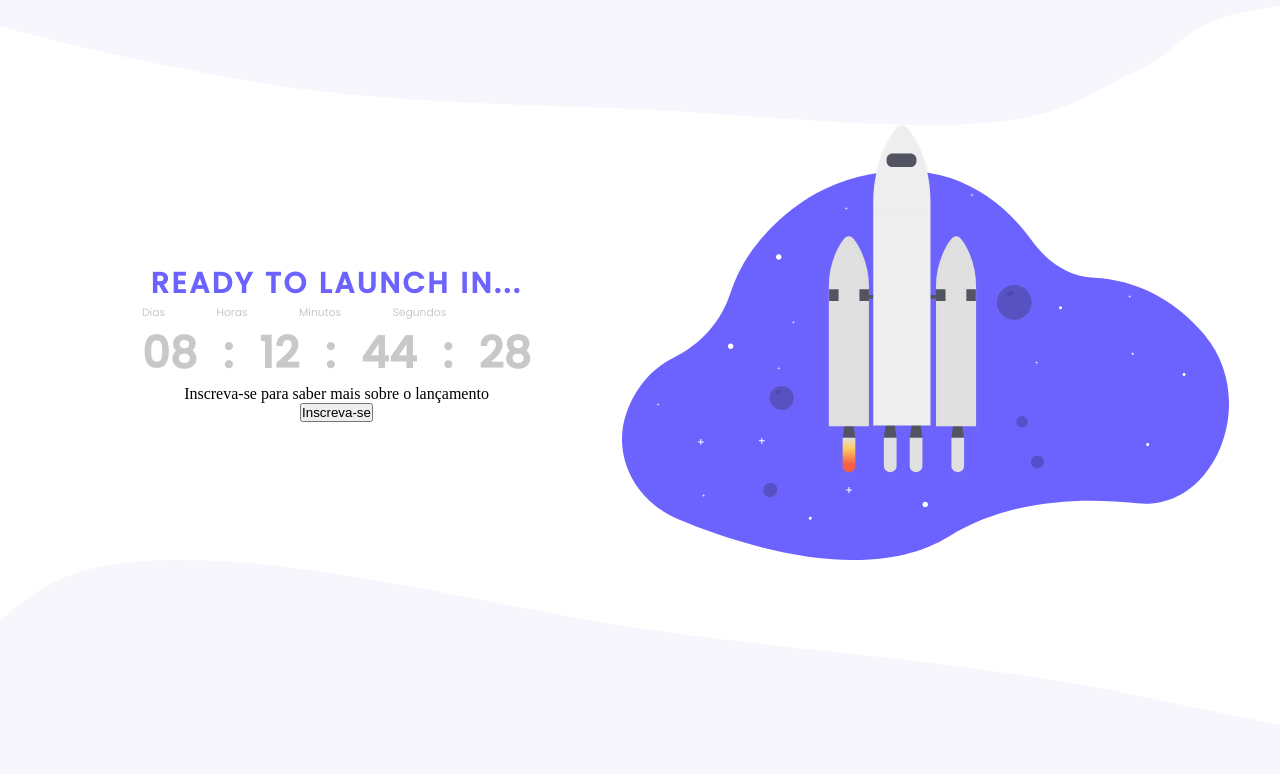
Repository: BrunoBross/countdown
Page: index.html
An editor plug-in stored every save of this project. The page is shown before and after the next save, followed by the edit.
The browser window is 1280 px wide. The pictures show the whole page.

Above is the page before, as saved 2021-11-30 00:52:12.

After the next save:
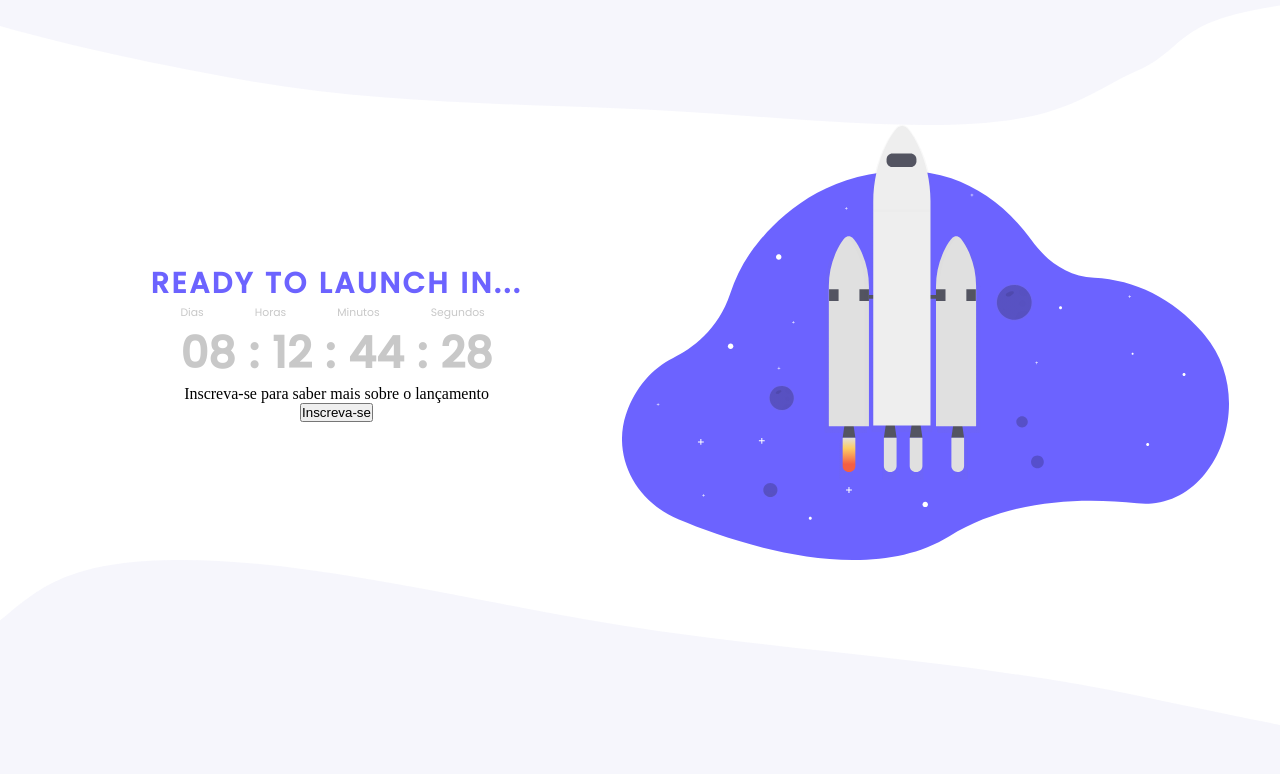
Saved 8 s later.
--- a/style.css
+++ b/style.css
@@ -66,7 +66,7 @@ body{
 
 .time{
   display: flex;
-  gap: 2vw;
+  gap: 1vw;
 }
 
 .time > h1{
